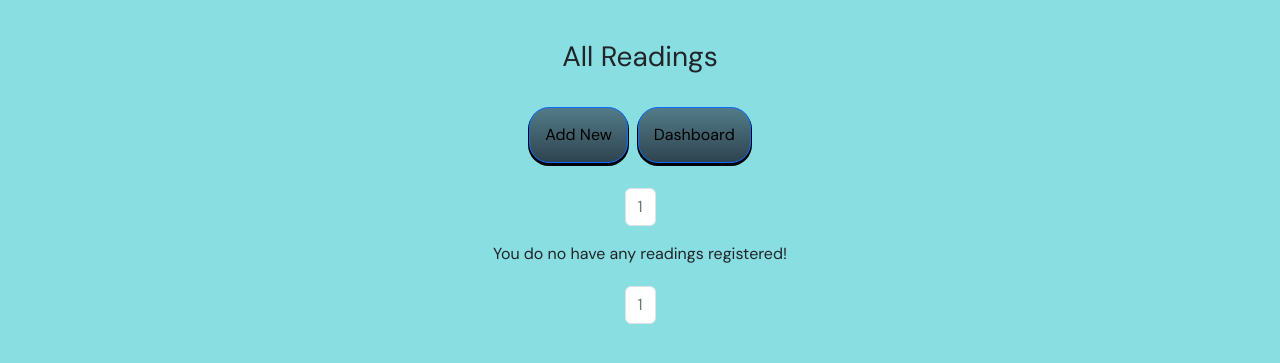
Repository: aiodell/my-glucose-checkup
Page: /bgls/all (app in client/)
An editor plug-in stored every save of this project. The page is shown before and after the next save, followed by the edit.
The browser window is 1280 px wide. The pictures show the whole page.
The page's requests for data from a server got no answer. The project was rebuilt for these pictures with package versions that can differ from the ones it lists, and the page was loaded fresh each time. No one was signed in, and anything a server would have sent is missing. Also part of the build but not shown: client/src/components/Login.js, client/src/components/Signup.js, client/src/components/Dashboard.js, client/src/components/NewReading.js, client/src/components/Home.js, client/src/components/BglUpdateForm.js, client/src/components/BglEventDetails.js, client/src/components/NewBglEvent.js and 8 more.

Above is the page before, as saved 2022-10-06 06:58:55.

After the next save:
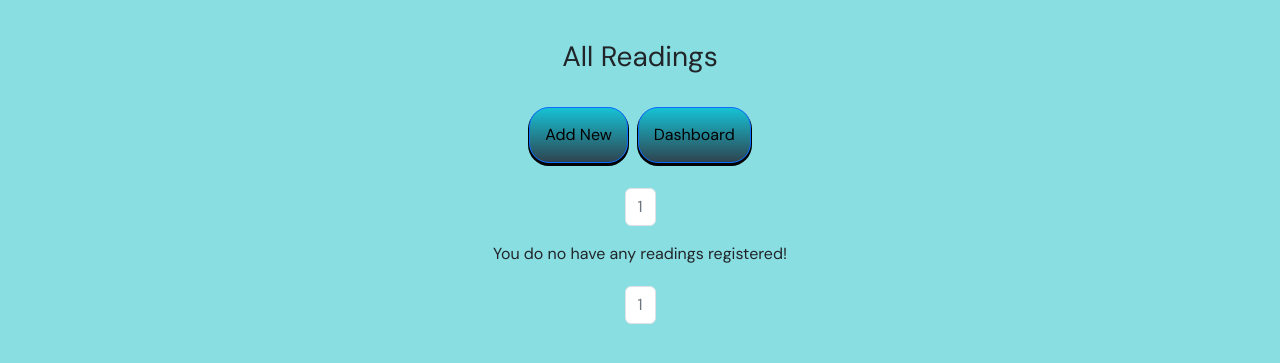
Saved 13 s later.
--- a/client/src/styles.css
+++ b/client/src/styles.css
@@ -9,7 +9,7 @@ body {
 
 /*Universal */
 .btns {
-  background-image: linear-gradient(#527c88, #2e4450);
+  background-image: linear-gradient(#16c2d5, #2e4450);
   color: rgb(0, 0, 0);
   padding: 15px;
   margin: 5px;
